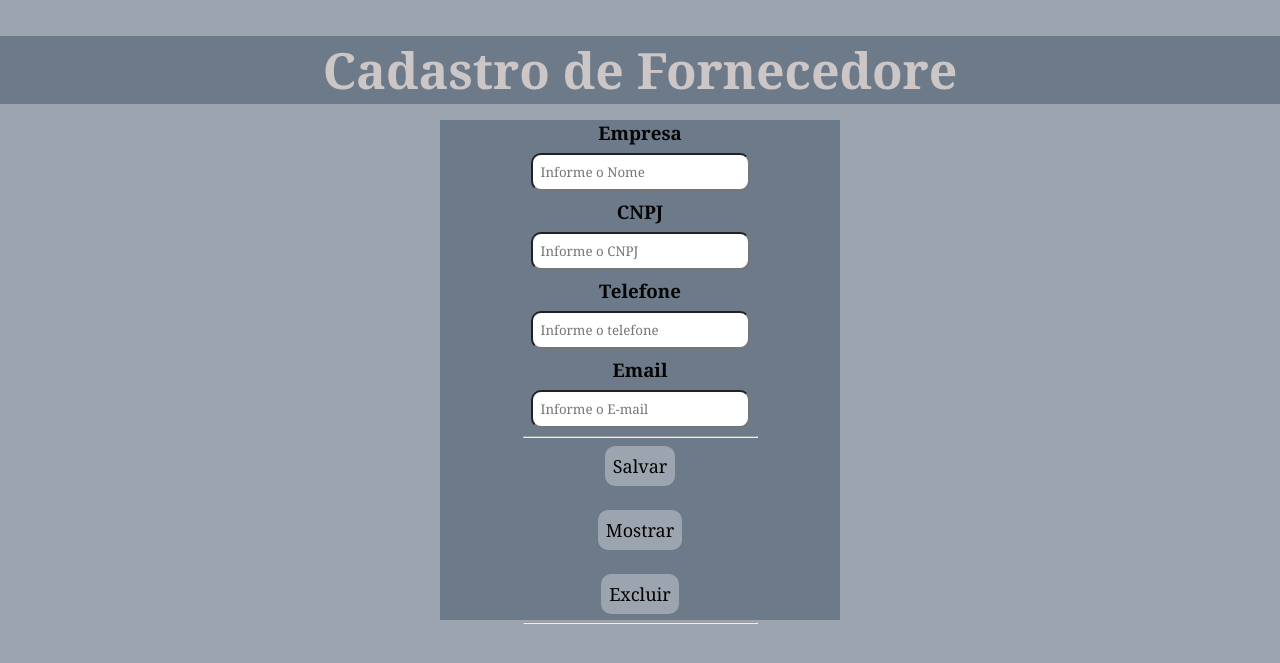
Repository: ArthurKJun/ProjetoCantinaEclipse
Page: http://localhost/arsan/cadastroFornecedor.jsp
These files come from the project's save history. The page is drawn as it stood at one moment and after the next save; the edit follows.
The browser window is 1280 px wide. The pictures show the whole page.
The page is served by Tomcat 9. Other server files are loaded and not shown.

Above is the page before, as saved 2023-11-03 04:11:43.
Console error: SyntaxError: Function statements require a function name

### arsan/src/main/webapp/cadastroFornecedor.jsp
<%@ page language="java" contentType="text/html; charset=ISO-8859-1"
	pageEncoding="ISO-8859-1"%>
<!DOCTYPE html>
<html>
<head>

<meta charset="ISO-8859-1">

<link rel="stylesheet" href="./Estilos/style.css">



<title>Cadastro de Fornecedor</title>

</head>
<body>
	<div class="container-geral-4">

		<h1>Cadastro de Fornecedore</h1>

		<div class="container-porta-cards-cad-fornecedor">

			<div class="inputs-cadastro-for">

				<form action="gravarFornecedor.jsp?editar=no" method="POST">

					<h3>Empresa</h3>
					<input type="text" id="nome" name="nome"
						placeholder="Informe o Nome">
					<h3>CNPJ</h3>
					<input type="text" id="cnpj" name="cnpj"
						placeholder="Informe o CNPJ">
					<h3>Telefone</h3>
					<input type="text" id="fone" name="fone"
						placeholder="Informe o telefone">
					<h3>Email</h3>
					<input type="text" id="email" name="email"
						placeholder="Informe o E-mail">
					<hr>
					<button onclick="Validar()">Salvar</button>

				</form>
				<div class="inputButton">
					<input
						style="padding: 0.5rem; margin: 1rem; font-size: large; background-color: #9ca5af; border: none; border-radius: 10px;"
						onmouseover=" this.style.background-color: '#fff'; this.style.color: 'black'; this.style.cursor: 'pointer';"
						type="button"
						onclick="document.location.href='<%="showFornecedor.jsp"%>'"
						value="Mostrar">
				</div>
				<button onclick="Excluir()">Excluir</button>
				<hr>
				<div id="Ver" style="display: flex;"></div>

			</div>

		</div>

	</div>

	<script>

    function validar(){
    	event.preventDefault();

    	let nome = document.getElementById('nome')
    	if(nome.value == ''){
    		alert('Informe nome')
    		nome.focus()
    		return
    	}

    	let cnpj = document.getElementById('cnpj')
    	if(cnpj.value == ''){
    		alert('Informe cnpj')
    		cnpj.focus()
    		return
    	}

    	let  fone = document.getElementById('fone')
    	if(fone.value == ''){
    		alert('Informe fone')
    		fone.focus()
    		return
    	}

    	let  email = document.getElementById('email')
    	if(email.value == ''){
    		alert('Informe email')
    		email.focus()
    		return
    	}

    	document.getElementsByTagName('form')[0].submit()
    }

    function(){
    	location.href = showFornecedor.jsp;
    }
    </script>
</body>
</html>

### arsan/src/main/webapp/Estilos/style.css
*{
    margin: 0;
    padding: 0;
    box-sizing: border-box;
    font-family: Georgia;

}

body{
    display: flex;
    flex-wrap: wrap;
}

.container-geral{

    width: 100vw;
    height: 100vh;
    background: #6c7a89;
    display: flex;
    flex-direction: row;
    justify-content: center;
    align-items: center;

}
.logo-container{

    display: flex;
    position: absolute;
    top: 40%;
    flex-direction: column;
}

.logo-container img{
    padding: 1rem;
    border-radius: 50%;
    height: 400px;
}

#form-container{
    display: flex;
    position: absolute;
    flex-direction: column;
    flex-wrap: wrap;
    top: 5%;
}

#register-form{

    border: 2px solid white;
    padding: .7rem;
    align-items: center;
    display: flex;
    flex-direction: column;
    font-size: larger;
}

#register-form h3{
    margin-bottom: 20px;
}

#register-form input{

    padding: 0.8rem 0.6rem;
    border: none;
    border-radius: 5px;
    margin-bottom: 10px;
}

#register-form input[type="submit"]{
    background-color: transparent;
    color: #fff;
    border: 2px solid #fff;
    font-size: 1.1rem;
    font-weight: bold;
    cursor: pointer;
    transition: .4s;
}

#register-form input[type="submit"]:hover{
    background-color: #fff;
    color: black;
}

/*---------------------------------------------------------*/
/* tela de entrada */

h1{
    background-color: #6c7a89;
    width: 100%;
    text-align: center;
    font-size: 50px;
    color: rgb(204, 198, 198);
}

.container-porta-cards{

    background-color: #475061;
    display: flex;
    width: 535px;
    height: 550px;
    border: 2px solid white;
    flex-wrap: wrap;
    align-items: center;
    padding: 1rem;
    margin-top: 2rem;

}

.card{

    background-color: #9ca5af;
    display: flex;
    padding: .5rem;
    margin: .5rem;
    width: 150px;
    height: 150px;
    border: 2px solid white;
    flex-direction: column;
    text-align: center;
    align-items: center;
    transition: .4s;

}

.container-porta-cards-2 :active{
    background-color: aqua;
}



.container-porta-cards :hover{

    background-color: #6c7a89;
    cursor: pointer;
}

.card img{

    margin-top: 10px;
    width: 100px;
    height: 100px;
    border-radius: 20%;
    transition: .4s;
}

#venda{

    width: 480px;
    height: 150px;
}

.container-geral-entrada{

    width: 100vw;
    height: calc(100vh + 200px);
    background: #9ca5af;
    display: flex;
    flex-direction: row;
    justify-content: center;


}

/* area de vendas */

.container-porta-cards-2{

    flex: 1.4;
    background-color: #475061;
    border: 2px solid white;
    flex-wrap: wrap;
    align-items: center;
    padding: 1rem;
    display: flex;
}

.container-porta-cards-2 :hover{

    background-color: #6c7a89;
    cursor: pointer;
}

.container-lista-vendas{
    height: 36.9rem;
    margin-right: 2rem;
    margin: 1rem;
    flex: 1;
    background-color: #475061;
    border: 2px solid white;
    flex-wrap: wrap;
    position: relative;
    padding: 1rem;
}

.container-geral-3{

    gap: 1rem;
    width: 100vw;
    height: 100vh;
    background: #9ca5af;
    display: flex;
    flex-direction: row;
    justify-content: center;
    align-items: center;

}

table{

    margin-top: 1rem;
    position: absolute;
    margin-left: 2rem;

}
table th {

    padding: .5rem;
    width: 200px;
    background-color: #6c7a89;
    border-radius: 10px;

}

table td{
    text-align: center;
    padding: 0.5rem;
    background-color: #6c7a89;
    border-radius: 10px;
}

.bExcluir{
    background-color: transparent;
}

.excluir{
    background-color: transparent;
    border-radius: 5px;
}

.excluir img{
    width: 1rem;
}

tfoot td{
    font-weight: bold;

}

/* tela cadastro cliente */

.container-geral-4{

    width: 100vw;
    height: 100vh;
    background: #9ca5af;
    flex-direction: column;
    justify-content: center;
    align-items: center;
    display: flex;

}

.inputs-cadastro{


    flex: 1;
    text-align: center;

}

.inputs-cadastro input{

    padding: 0.5rem;
    margin: 0.5rem;
    border-radius: 10px;

}

.inputs-cadastro h3{

    margin-top: 1rem;


}

.inputs-cadastro button{

    padding: 0.5rem;
    margin: 1rem;
    font-size: large;
    background-color: #9ca5af;
    border: none;
    border-radius: 10px;

}

.inputs-cadastro button:hover{

    background-color: #fff;
    color: black;
    cursor: pointer;
}

.inputButton:hover{

    background-color: #fff;
    color: black;
    cursor: pointer;
}

.container-porta-cards-cad{

    background-color: #6c7a89;
    width: 400px;
    height: 500px;
    color:#040405;
    justify-items: center;
    margin-top: 2rem;

}

.cliente{

    background-color: #9ca5af;
    margin: 1rem;
    border-radius: 5px;

}

a{
    text-decoration: none;
    color: #040405;
}

.container-geral-4 h1{

    margin-top: -4rem;

}

.produto{

    background-color: #9ca5af;
    margin: 1rem;
    border-radius: 5px;
}

.container-porta-cards-cad-fornecedor{

    background-color: #6c7a89;
    width: 400px;
    height: 500px;
    color:#040405;
    justify-items: center;
    margin-top: 1rem;
}

.inputs-cadastro-for{

    flex: 1;
    text-align: center;

}

.inputs-cadastro-for input{

    padding: 0.5rem;
    margin: 0.5rem;
    border-radius: 10px;
}

.inputs-cadastro-for button{

    padding: 0.5rem;
    margin: .5rem;
    font-size: large;
    background-color: #9ca5af;
    border: none;
    border-radius: 10px;

}

.inputs-cadastro-for button:hover{

    background-color: #fff;
    color: black;
    cursor: pointer;
}

.fornecedor{
    background-color: #9ca5af;
    margin: 1rem;
    border-radius: 5px;
}

After the next save:
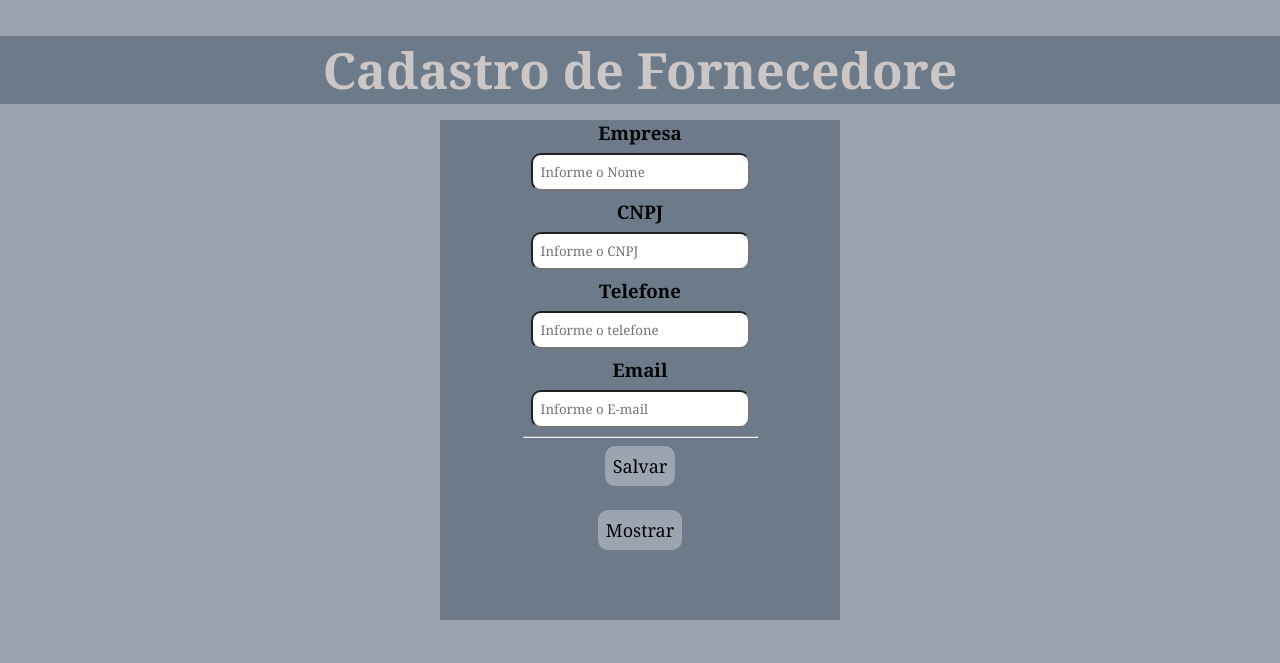
Saved 94 s later.
--- a/arsan/src/main/webapp/cadastroFornecedor.jsp
+++ b/arsan/src/main/webapp/cadastroFornecedor.jsp
@@ -40,17 +40,11 @@
 					<button onclick="Validar()">Salvar</button>
 
 				</form>
-				<div class="inputButton">
 					<input
 						style="padding: 0.5rem; margin: 1rem; font-size: large; background-color: #9ca5af; border: none; border-radius: 10px;"
-						onmouseover=" this.style.background-color: '#fff'; this.style.color: 'black'; this.style.cursor: 'pointer';"
 						type="button"
 						onclick="document.location.href='<%="showFornecedor.jsp"%>'"
 						value="Mostrar">
-				</div>
-				<button onclick="Excluir()">Excluir</button>
-				<hr>
-				<div id="Ver" style="display: flex;"></div>
 
 			</div>
 
